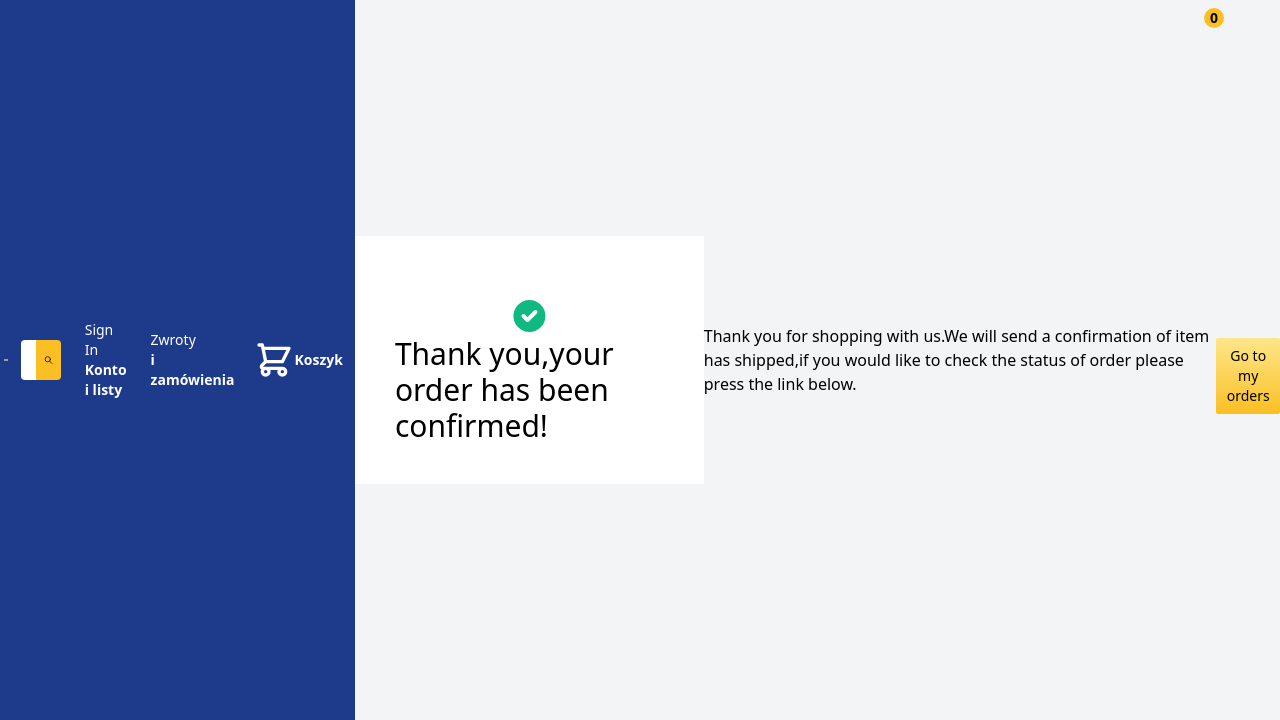
Repository: neridanek/amazon-clone-nextjs-redux-tailwind
Page: /success
These files come from the project's save history. The page is drawn as it stood at one moment and after the next save; the edit follows.
The browser window is 1280 px wide. The pictures show the whole page.
Pictures or frames that could not be fetched are drawn as grey boxes. The page's requests for data from a server got no answer. The project was rebuilt for these pictures with package versions that can differ from the ones it lists, and the page was loaded fresh each time. The framework's server and built-in components were replaced by stand-ins that run in the browser. No one was signed in, and anything a server would have sent is missing. Also part of the build but not shown: next.config.js.

Above is the page before, as saved 2022-02-13 21:34:50.

After the next save:
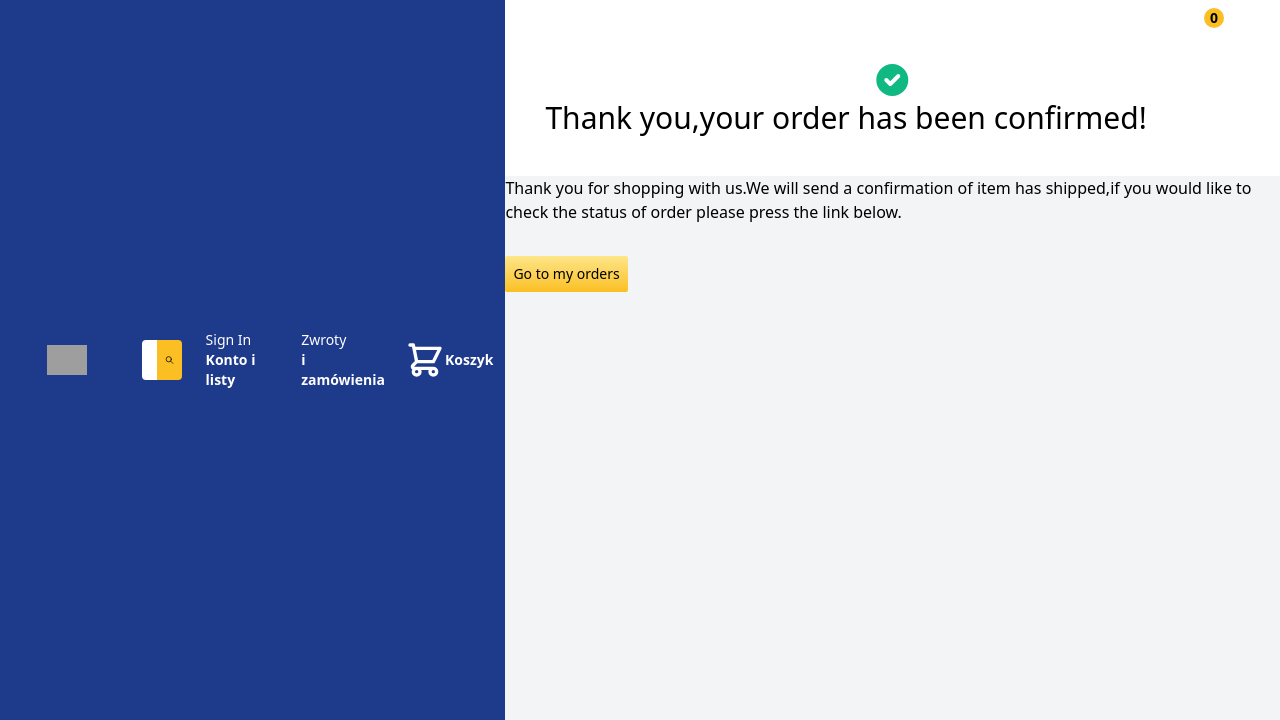
Saved 14 s later.
--- a/pages/success.js
+++ b/pages/success.js
@@ -7,7 +7,7 @@ const success = () => {
   return (
     <div className="bg-gray-100 h-screen flex">
       <Header />
-      <main className="max-w-screen-lg mx-auto flex items-center">
+      <main className="max-w-screen-lg mx-auto">
         <div className="flex flex-col p-10 bg-white">
           <div className="flex items-center space-x-2 mb-5"></div>
           <CheckCircleIcon className="text-green-500 h-10" />
